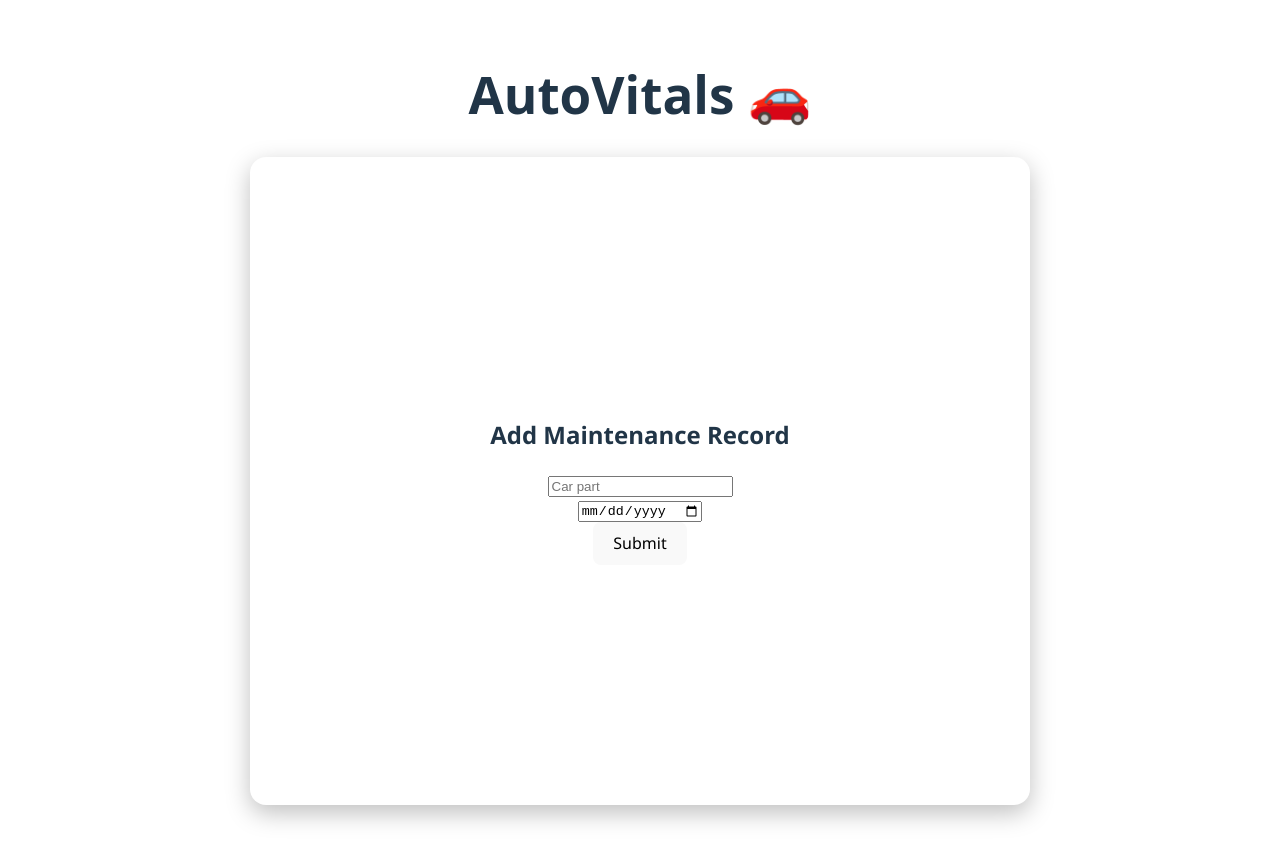
Repository: YoussefAzmires/wevdebautovitals
Page: /add (app in frontend/)
These files come from the project's save history. The page is drawn as it stood at one moment and after the next save; the edit follows.
The browser window is 1280 px wide. The pictures show the whole page.
The project was rebuilt for these pictures with package versions that can differ from the ones it lists, and the page was loaded fresh each time. Also part of the build but not shown: frontend/vite.config.ts.

Above is the page before, as saved 2025-04-13 15:49:47.

After the next save:
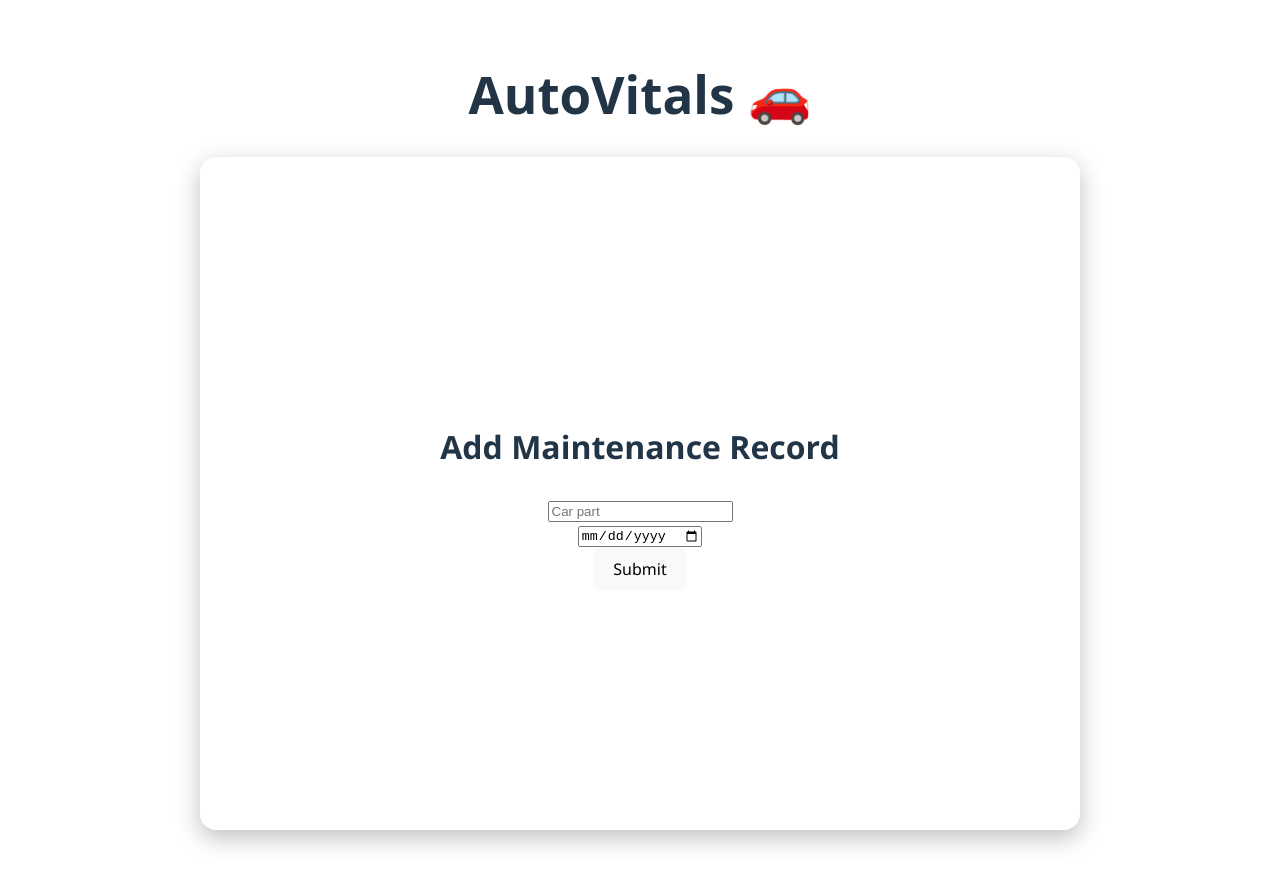
Saved 5 s later.
--- a/frontend/src/components/AddMaintenanceRecordsForm/AddMaintenanceRecordsForm.css
+++ b/frontend/src/components/AddMaintenanceRecordsForm/AddMaintenanceRecordsForm.css
@@ -8,5 +8,5 @@ form{
   font-family: 'Segoe UI',sans-serif;
 }
 form h2{
-  font-size: 1.5em;
+  font-size: 2.0em;
 }
